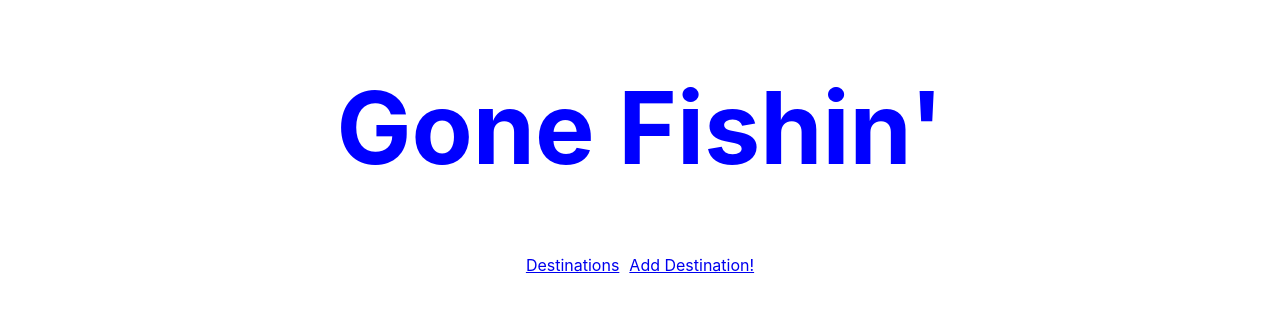
Repository: randysteele/gonefishin-frontend
Page: / (app in gone-fishin-frontend/)
These files come from the project's save history. The page is drawn as it stood at one moment and after the next save; the edit follows.
The browser window is 1280 px wide. The pictures show the whole page.
The page's requests for data from a server got no answer. The project was rebuilt for these pictures with package versions that can differ from the ones it lists, and the page was loaded fresh each time. No one was signed in, and anything a server would have sent is missing. Also part of the build but not shown: gone-fishin-frontend/src/components/DestinationsList.js, gone-fishin-frontend/src/actions/addDestination.js, gone-fishin-frontend/src/components/DestinationsInput.js, gone-fishin-frontend/src/actions/addFeature.js, gone-fishin-frontend/src/components/FeaturesInput.js, gone-fishin-frontend/src/actions/deleteFeature.js, gone-fishin-frontend/src/components/FeaturesList.js, gone-fishin-frontend/src/containers/FeaturesContainer.js and 8 more.

Above is the page before, as saved 2020-08-09 14:04:09.

### gone-fishin-frontend/public/index.html
<!DOCTYPE html>
<html lang="en">
  <head>
    <meta charset="utf-8" />
    <link rel="icon" href="%PUBLIC_URL%/favicon.ico" />
    <meta name="viewport" content="width=device-width, initial-scale=1" />
    <meta name="theme-color" content="#000000" />
    <meta
      name="description"
      content="Web site created using create-react-app"
    />
    <link rel="apple-touch-icon" href="%PUBLIC_URL%/logo192.png" />
    <!--
      manifest.json provides metadata used when your web app is installed on a
      user's mobile device or desktop. See https://developers.google.com/web/fundamentals/web-app-manifest/
    -->
    <link rel="manifest" href="%PUBLIC_URL%/manifest.json" />
    <!--
      Notice the use of %PUBLIC_URL% in the tags above.
      It will be replaced with the URL of the `public` folder during the build.
      Only files inside the `public` folder can be referenced from the HTML.

      Unlike "/favicon.ico" or "favicon.ico", "%PUBLIC_URL%/favicon.ico" will
      work correctly both with client-side routing and a non-root public URL.
      Learn how to configure a non-root public URL by running `npm run build`.
    -->
    <title>Gone Fishin</title>
  </head>
  <body>
    <noscript>You need to enable JavaScript to run this app.</noscript>
    <div id="root"></div>
    <!--
      This HTML file is a template.
      If you open it directly in the browser, you will see an empty page.

      You can add webfonts, meta tags, or analytics to this file.
      The build step will place the bundled scripts into the <body> tag.

      To begin the development, run `npm start` or `yarn start`.
      To create a production bundle, use `npm run build` or `yarn build`.
    -->
  </body>
</html>

### gone-fishin-frontend/src/index.js
import React from 'react';
import ReactDOM from 'react-dom';
import './index.css';
import App from './App';
import * as serviceWorker from './serviceWorker';
import { Provider } from 'react-redux';
import destinations from './reducers/destinations'
import thunk from 'redux-thunk'
import { createStore, applyMiddleware, compose} from 'redux'
import {BrowserRouter as Router} from 'react-router-dom'


const composeEnhancer = window.__REDUX_DEVTOOLS_EXTENSION_COMPOSE__ || compose;

const store = createStore(destinations, composeEnhancer(applyMiddleware(thunk)))

ReactDOM.render(
<Provider store={store}>
<Router>
<App />
</Router>
</Provider>,
document.getElementById('root')
);

// If you want your app to work offline and load faster, you can change
// unregister() to register() below. Note this comes with some pitfalls.
// Learn more about service workers: https://bit.ly/CRA-PWA
serviceWorker.unregister();

### gone-fishin-frontend/src/App.js
import React from 'react';
import './App.css';
// import {connect} from 'react-redux'
import DestinationsContainer from './containers/DestinationsContainer'
import styled from 'styled-components'
// import DestinationsInput from './components/DestinationsInput';
// import DestinationsList from './components/DestinationsList';
//import {fetchDestinations} from './actions/fetchDestinations'

const Title = styled.h1`
color: blue;
font-size: 100px;
`



class App extends React.Component {

  componentDidMount() {
    fetch('http://localhost:3000/api/v1/destinations/')
    .then(response => response.json())
    .then(data => console.log(data))
  }


  render(){
    return(
      <div className="App" >
        <Title>Gone Fishin'</Title>
      <DestinationsContainer />



      </div>
    )
  }
}

export default App

### gone-fishin-frontend/src/reducers/destinations.js

export default function destinations(state = {destinations: []}, action) {
    //debugger
    switch(action.type){
    case 'FETCH_DESTINATIONS':
      return {destinations: action.payload}
    case 'ADD_FEATURE':
      let destinations = state.destinations.map(destination => {
        if (destination.id === action.payload.id) {
         return action.payload
        } else {
          return destination
        }
      })
      return {...state, destinations: destinations}
      case 'DELETE_FEATURE':
         // debugger
        let destinationss = state.destinations.map(destination => {
            if (destination.id === action.payload.id) {
             return action.payload
            } else {
              return destination
            }
          })
          return {...state, destinations: destinationss}
      case 'EDIT_DESTINATION':
        let destinationsss = state.destinations.map(destination => {
            if (destination.id === action.payload.id) {
             return action.payload
            } else {
              return destination
            }
          })
          return {...state, destinations: destinationsss}

          case 'ADD_COMMENT':
            let destinationForComments = state.destinations.map(destination => {
              if (destination.id === action.payload.id) {
               return action.payload
              } else {
                return destination
              }
            })
            return {...state, destinations: destinationForComments}

    default:
    return state
    }
}

### gone-fishin-frontend/src/containers/DestinationsContainer.js
// a container should render other components and pass them data if needed
// they are typically class components
import React from 'react'
import {connect} from 'react-redux'
import {fetchDestinations} from '../actions/fetchDestinations'
import DestinationsList from  '../components/DestinationsList'
import DestinationsInput from '../components/DestinationsInput'
import DestinationShow from  '../components/DestinationShow'
import {Route, Switch} from 'react-router-dom'
import Navbar from '../components/Navbar'




class DestinationsContainer extends React.Component {


    componentDidMount(){
      this.props.fetchDestinations()
    }

    render(){
      return (
        <div>
          <Navbar/>
          <Switch>
         <Route  path='/destinations/new' component={DestinationsInput}/>
         <Route  path='/destinations/:id'  render={(routerProps) => <DestinationShow {...routerProps} destinations={this.props.destinations}/>}/>
         <Route  exact path='/destinations' render={(routerProps) => <DestinationsList {...routerProps} destinations={this.props.destinations}/>}/>
         </Switch><br></br>

        </div>
      )

       }
    }
const mapStateToProps = state => {
    return {
        destinations: state.destinations
    }
}
export default connect(mapStateToProps, {fetchDestinations})(DestinationsContainer);

### gone-fishin-frontend/src/actions/fetchDestinations.js


export function fetchDestinations() {
  return (dispatch) => {
   fetch("http://localhost:3000/api/v1/destinations/")
    .then(response => response.json())
    .then(destinations => dispatch({
      type: 'FETCH_DESTINATIONS',
       payload: destinations
    }))
  }
}

### gone-fishin-frontend/src/components/Navbar.js
import React from 'react'
import {Link} from 'react-router-dom'

const Navbar = (props) => {

    return (
        <div>
            <Link to='/destinations' style={{paddingRight: '10px'}}>Destinations</Link>
            <Link to='/destinations/new'>Add Destination!</Link>
        </div>
    )
}
export default Navbar

Loaded but not shown: gone-fishin-frontend/src/index.css (common file); gone-fishin-frontend/src/serviceWorker.js (common file); gone-fishin-frontend/src/App.css (common file)

After the next save:
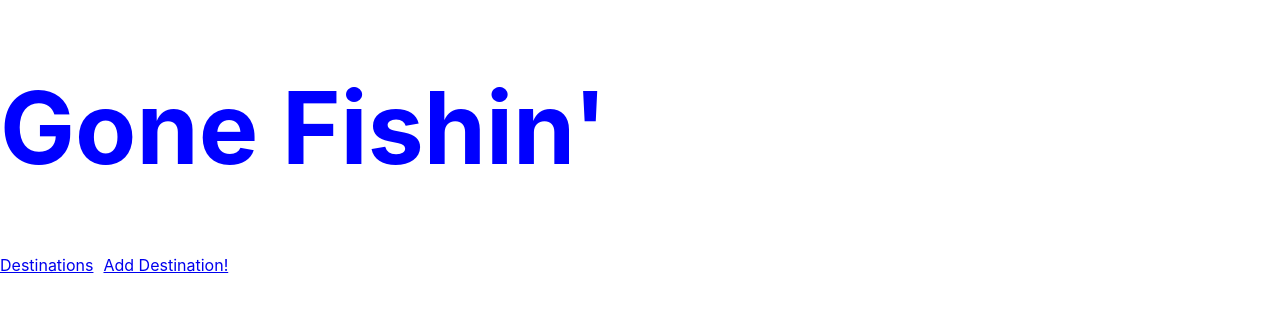
Saved 2 min 25 s later.
--- a/gone-fishin-frontend/src/App.js
+++ b/gone-fishin-frontend/src/App.js
@@ -1,5 +1,5 @@
 import React from 'react';
-import './App.css';
+//import './App.css';
 // import {connect} from 'react-redux'
 import DestinationsContainer from './containers/DestinationsContainer'
 import styled from 'styled-components'
@@ -28,9 +28,6 @@
       <div className="App" >
         <Title>Gone Fishin'</Title>
       <DestinationsContainer />
-
-
-
       </div>
     )
   }

After the save that followed:
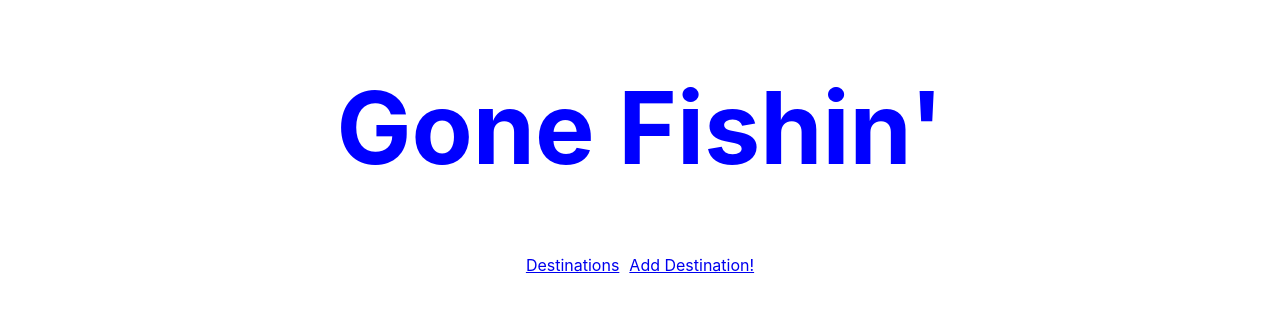
Saved 8 s later.
--- a/gone-fishin-frontend/src/App.js
+++ b/gone-fishin-frontend/src/App.js
@@ -1,5 +1,5 @@
 import React from 'react';
-//import './App.css';
+import './App.css';
 // import {connect} from 'react-redux'
 import DestinationsContainer from './containers/DestinationsContainer'
 import styled from 'styled-components'
